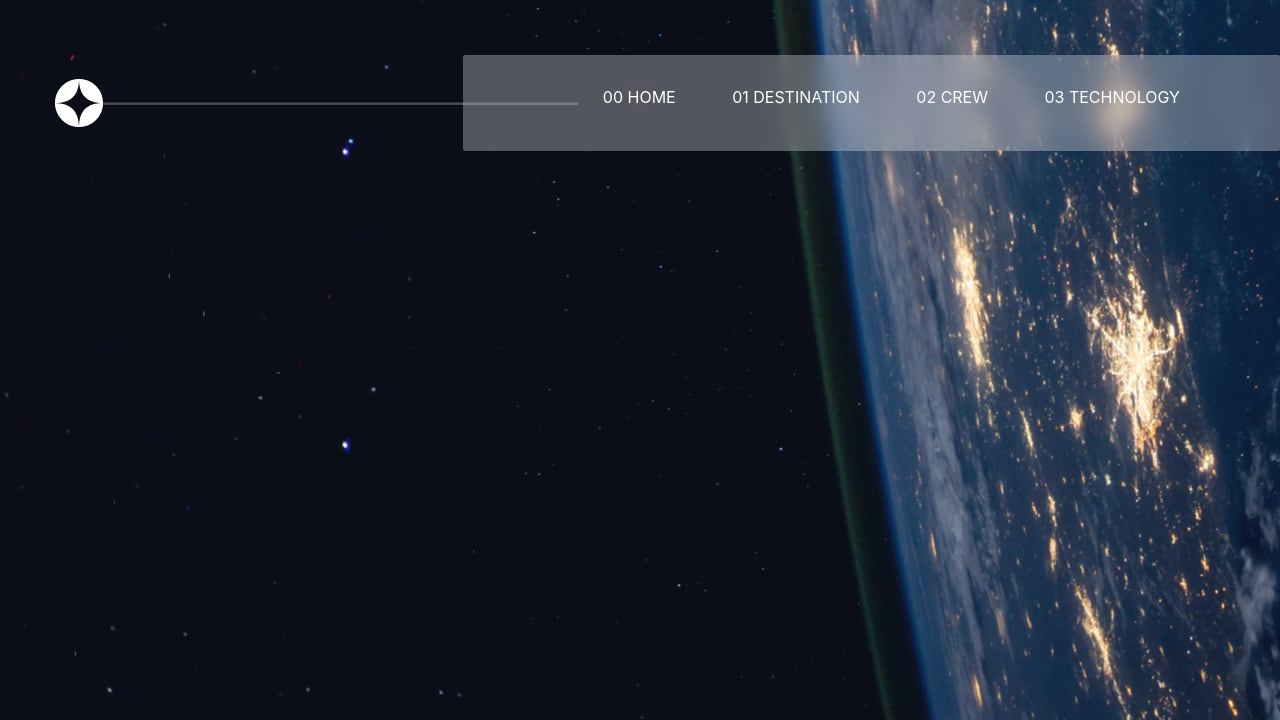
Repository: jhonenmanuel1/FrontEndMentor-MultiPageSpace
Page: /
These files come from the project's save history. The page is drawn as it stood at one moment and after the next save; the edit follows.
The browser window is 1280 px wide. The pictures show the whole page.
The project was rebuilt for these pictures with package versions that can differ from the ones it lists, and the page was loaded fresh each time. Also part of the build but not shown: src/views/home.js.

Above is the page before, as saved 2022-06-23 21:35:09.

### src/App.js

import HeaderView from './components/header';
import HomeView from './views/home';


function App() {
  return (
    <div className="App">
      <HeaderView/>


    </div>
  );
}

export default App;

### src/components/header.js
import styles from "../styles/header.module.css"

const HeaderView = ()=>{

    return(
        <div className={styles.wraper}>
            <div className={styles.headerLogo}>
            <svg xmlns="http://www.w3.org/2000/svg" width="48" height="48"><g fill="none" fill-rule="evenodd"><circle cx="24" cy="24" r="24" fill="#FFF"/><path fill="#0B0D17" d="M24 0c0 16-8 24-24 24 15.718.114 23.718 8.114 24 24 0-16 8-24 24-24-16 0-24-8-24-24z"/></g></svg>
            </div>
            <div className={styles.headerLine}>
                <hr />
            </div>
            <div className={styles.headerMenu}>
                 <ul>
                    <li> 00 HOME</li>
                    <li> 01 DESTINATION </li>
                    <li> 02 CREW </li>
                    <li className={styles.lastList}> 03 TECHNOLOGY</li>

                </ul>
            </div>

        </div>
    )
}
export default HeaderView;

### src/styles/header.module.css
.wraper {
    margin-top: 55px;
    display: flex;
    justify-content: space-between;


    background-position: center center;
    background-repeat: no-repeat;
    background-size: cover


}
.headerLogo{
    display: flex;
    justify-content: center;
    align-items: center;


}
.headerLogo svg {
    background-color: aliceblue;
    border-radius: 100%;
    height: 48px;
    width: 48px;
    margin-left: 55px;
}

.headerMenu{
    background-color: rgba(255, 255, 255, 0.3);
    border-radius: 2px;
    text-align: center;
    backdrop-filter: blur(12px);
    -webkit-backdrop-filter: blur(10px);
    width: 830px;
    height: 96px;



}

.headerMenu ul {
    display: flex;
    justify-content:  space-between;
    align-items: center;
    padding-right: 100px;
    margin-left: 100px;
    margin-top: 32px;
    color: white;


}
.headerMenu ul li {
    text-decoration: none;
    list-style: none;

}

.headerLogo{
    color: white;

}
.headerLine {
    display: flex;
    justify-content: center;
    align-items: center;
    margin-right: -9%;
    z-index: 1;

}
.headerLine hr {
    height: 1px;
    background-color: white;
    color: white;
    width: 473px;
    opacity:  25.15%;

}

### src/styles/homeview.module.css
body{
    color: white;
    background-image: url("../components/Images/home/background-home-desktop.jpg") ;
}
.containerCard{
    display: flex;
    margin-top: 257px;
    justify-content: center;
    align-items: center;
}
.spaceinfo{
    padding-right: 325px;
}
.homeSpaceTarget{
    max-width: 461.76px;
    display: flex;
    justify-content: center;
    align-items: center;
    margin: 0px;

}

.homeSpaceTargeth3 {
    font-weight: 1;
    font-size: 34px;
    margin: 0px;
}
.homeSpaceTargeth1{

    font-family: 'Bellefair';
    font-style: normal;
    font-weight: 400;
    font-size: 128px;
    line-height: 147px;
    margin: 0px;
}
.homeSpaceTargetp{
    font-size: 18px;
}
.explore{

    margin-bottom: -70px;
}

### src/views/destination.js


export default function Destination(){

    return<>
        <h1>Este es el Destination</h1>
    </>
}

Loaded but not shown: public/index.html (common file); src/index.js (common file); src/index.css (common file); src/reportWebVitals.js (common file)

After the next save:
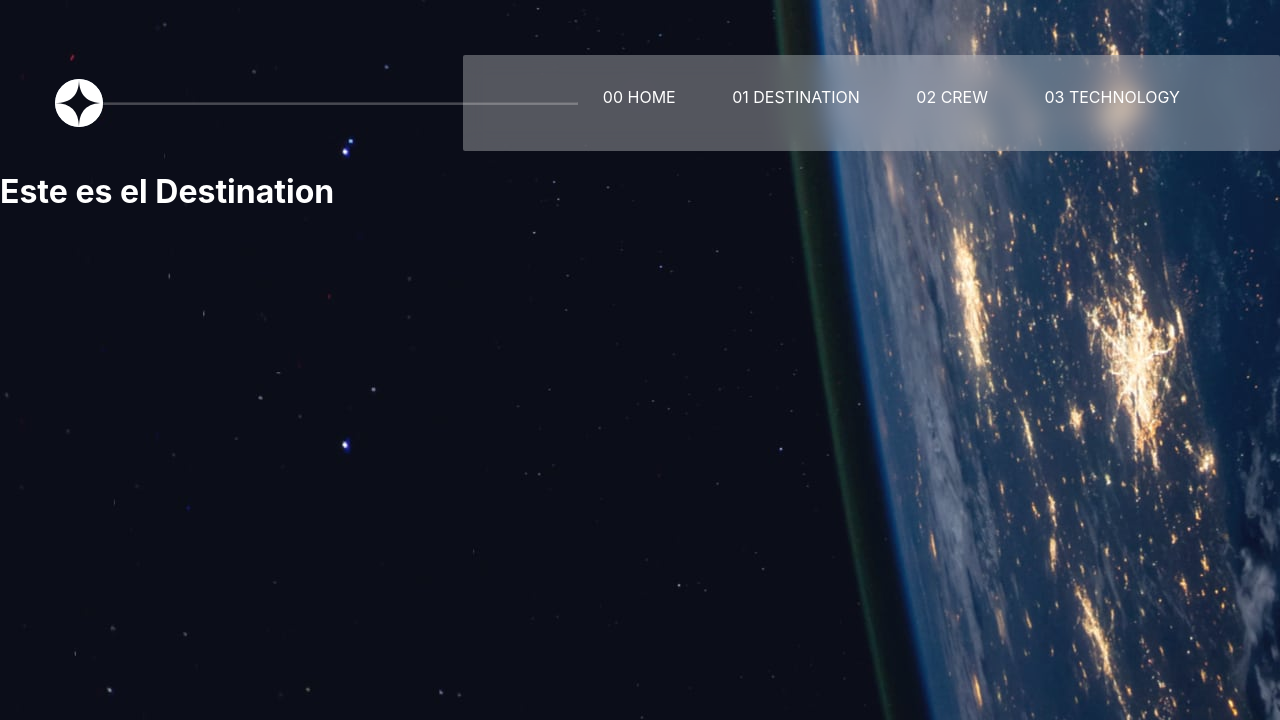
Saved 49 s later.
--- a/src/App.js
+++ b/src/App.js
@@ -1,5 +1,6 @@
 
 import HeaderView from './components/header';
+import Destination from './views/destination';
 import HomeView from './views/home';
 
 
@@ -7,6 +8,7 @@ function App() {
   return (
     <div className="App">
       <HeaderView/>
+      <Destination/>
 
 
     </div>
